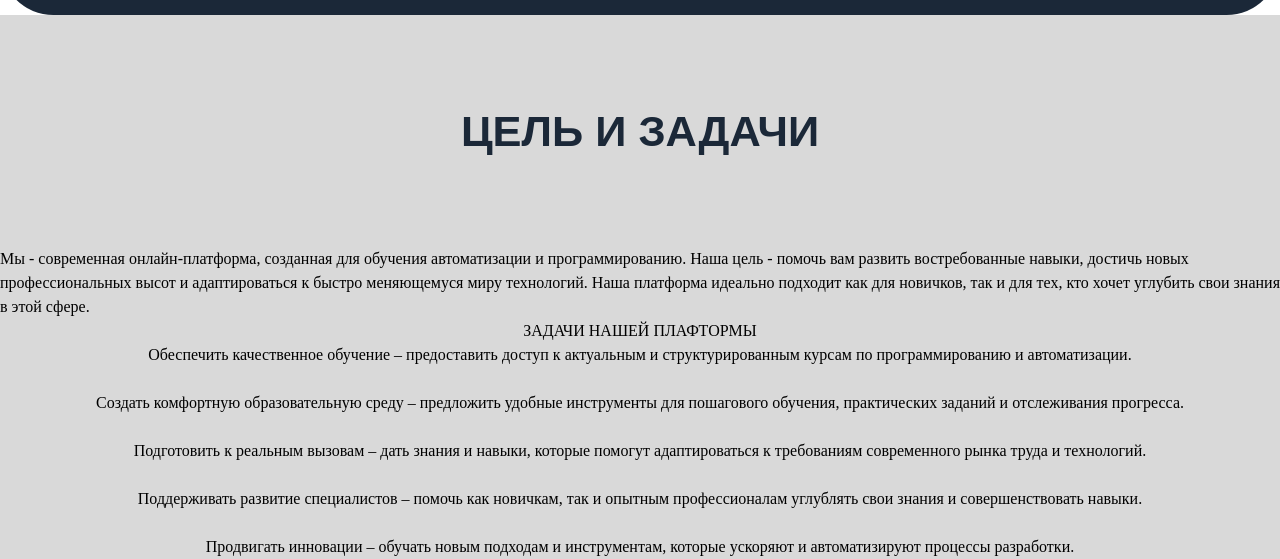
Repository: marjango/course
Page: /aboutus
An editor plug-in stored every save of this project. The page is shown before and after the next save, followed by the edit.
The browser window is 1280 px wide. The pictures show the part of the page from y = 1265 to 2217 px (the page is 1824 px tall before and 2394 px after).
Pictures or frames that could not be fetched are drawn as grey boxes. The project was rebuilt for these pictures with package versions that can differ from the ones it lists, and the page was loaded fresh each time. The framework's server and built-in components were replaced by stand-ins that run in the browser. Also part of the build but not shown: next.config.ts.

Above is the page before, as saved 2025-03-26 22:27:28.

### app/layout.tsx
import type { Metadata } from "next";
import "./globals.css";
import './fonts.css';


export const metadata: Metadata = {
  title: "сourse",
  description: "it course",
};

export default function RootLayout({
  children,
}: Readonly<{
  children: React.ReactNode;
}>) {
  return (
    <html lang="en">
      <body

      >
        {children}
      </body>
    </html>
  );
}

### app/aboutus/page.tsx
import React from "react";
import s from "./aboutus.module.css";

import Link from "next/link";

const aboutus = () => {
  return (
    <>
      <div className={s.aboutus}>
        <div className={s.headerContainer}>
          <Link href="/" className={s.logo}>
            logo
          </Link>

          <div className={s.nav}>
            <Link href="#">Обучение</Link>
            <Link href="/coursespage">Курсы</Link>
            <Link href="/pricepage">Цены</Link>
            <Link href="#">О нас</Link>
            <Link href="#">Контакты</Link>
          </div>

          <Link href="#" className={s.personal}>
            Личный кабинет
          </Link>
        </div>
        <h1>кто мы такие?</h1>
        <p>
          образовательная онлайн-платформа, помогающая <br/> осваивать
          программирование и автоматизацию.
        </p>
      </div>
      <div className={s.aims}>
        <h1>цель и задачи</h1>
        <p>
          Мы - современная онлайн-платформа, созданная для обучения
          автоматизации и программированию. Наша цель - помочь вам развить
          востребованные навыки, достичь новых профессиональных высот и
          адаптироваться к быстро меняющемуся миру технологий. Наша платформа
          идеально подходит как для новичков, так и для тех, кто хочет углубить
          свои знания в этой сфере.
        </p>
        <h3>ЗАДАЧИ НАШЕЙ ПЛАФТОРМЫ</h3>
        <p>
          Обеспечить качественное обучение – предоставить доступ к актуальным и
          структурированным курсам по программированию и автоматизации.
        </p>
        <br />
        <p>
          Создать комфортную образовательную среду – предложить удобные
          инструменты для пошагового обучения, практических заданий и
          отслеживания прогресса.
        </p>
        <br />
        <p>
          Подготовить к реальным вызовам – дать знания и навыки, которые помогут
          адаптироваться к требованиям современного рынка труда и технологий.
        </p>
        <br />
        <p>
          Поддерживать развитие специалистов – помочь как новичкам, так и
          опытным профессионалам углублять свои знания и совершенствовать
          навыки.
        </p>
        <br />
        <p>
          Продвигать инновации – обучать новым подходам и инструментам, которые
          ускоряют и автоматизируют процессы разработки.
        </p>
      </div>
    </>
  );
};

export default aboutus;

### app/globals.css
@import "tailwindcss";

* {
  font-family: 'Doloman Pavljenko';
}

h1 {
  font-family: 'Intro Friday', sans-serif;
  font-size: 3.39vw;
  line-height: 1.2;
  color: white;
  font-weight: bold;
  text-transform: uppercase;
}

### app/fonts.css
@font-face {
    font-family: 'Doloman Pavljenko';
    src: url("/public/fonts/DolomanPavljenko.otf") format('otf'),
    url("/public/fonts/DolomanPavljenko.otf") format('otf');
    font-weight: normal;
    font-style: normal;
  }

   @font-face {
     font-family: "Intro Friday";
     src: url("/public/fonts/Intro\ Friday\ Regular.ttf") format("ttf"),
     url("/public/fonts/Intro\ Friday\ Regular.ttf") format("ttf");
     font-weight: normal;
     font-style: normal;
   }

### app/aboutus/aboutus.module.css
.aboutus {
    width: 100%;
    height: 1280px;
    padding: 7.03vw 7.29vw 15.63vw 7.29vw;
    display: flex;
    flex-direction: column;
    align-items: center;
    color: white;
    border-bottom-right-radius: 4.17vw;
    border-bottom-left-radius: 4.17vw;
    background-color: #1B2838;
}

.aboutus::before {
  content: "";
  position: absolute;
  top: 0;
  left: 0;
  width: 100%;
  height: 100%;
  background-image: url(./background.svg);
  background-size: cover;
  background-position: center;
  background-repeat: no-repeat;
  opacity: 0.4;
  z-index: 1;
  pointer-events: none; /* Отключаем события мыши */
}

.headerContainer {
    background: transparent;
    display: flex;
    justify-content: space-between;
    align-items: center;
    width: 100%;
}

.logo {
    padding: 0.52vw 1.35vw;
    background-color: #d9d9d9;
    border: none;
    border-radius: 1.51vw;
    color: #064b9b;
    font-size: 2.08vw;
    line-height: 2.08vw;
    font-weight: 300;
}

.nav {
    margin-left: 17.08vw;
    justify-self: center;
    font-size: 1.82vw;
    font-weight: 300;
    display: flex;
    gap: 3.8vw;
}

.personal {
    margin-left: 5.57vw;
    background-color: #d9d9d9;
    width: 12.66vw;
    height: 3.13vw;
    display: flex;
    justify-content: center;
    align-items: center;
    border: none;
    border-radius: 1.51vw;
    color: black;
    font-size: 1.8vw;
    line-height: 1.8vw;
    font-weight: 300;
}

.aboutus h1{
    margin-top: 395px;
    font-size: 99px;
}
.aboutus p{
    margin-top: 50px;
    font-size: 40px;
    max-width: 1270px;
    text-align: center;
    font-size: 40px;
}

.aims {
    background-color: #d9d9d9;
    display: flex;
    flex-direction: column;
    align-items: center;
}
.aims h1 {
    margin: 90px 0;
    color: #1B2838;
}
.aims p{

}

After the next save:
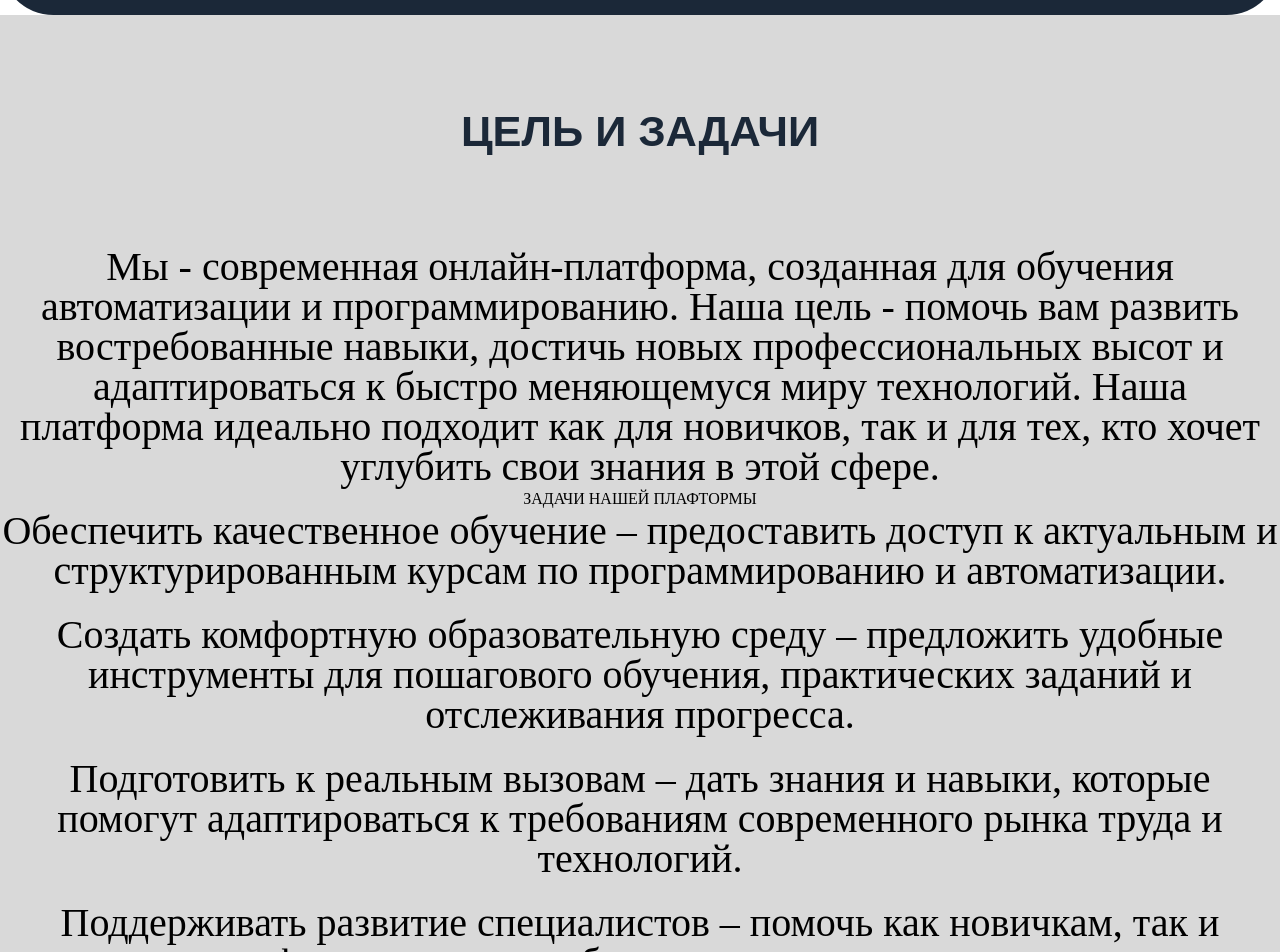
Saved 23 s later.
--- a/app/aboutus/aboutus.module.css
+++ b/app/aboutus/aboutus.module.css
@@ -94,5 +94,7 @@
     color: #1B2838;
 }
 .aims p{
-
+    font-size: 40px;
+    line-height: 40px;
+    text-align: center;
 }
